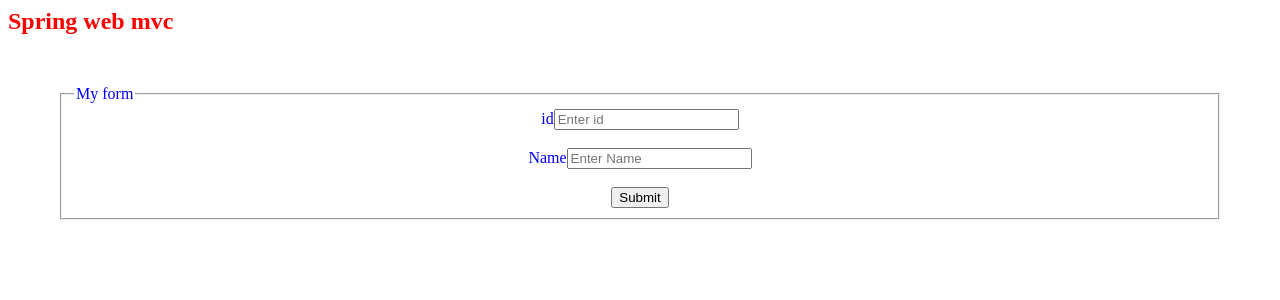
Repository: NaveenPriya1/Sts-full-new-laptop
Page: http://localhost/springwebmvc/
The author's editor kept a copy of each file at every save. The page is drawn from the files as they stood at one save, then again after the next save.
The browser window is 1280 px wide. The pictures show the whole page.
The page is served by Tomcat 9. Other server files are loaded and not shown.

Above is the page before, as saved 2022-07-28 13:58:15.

### springwebmvc/src/main/webapp/index.jsp
<html>
<body>
<h2 style=color:red>Spring web mvc</h2>

<div style=color:blue;margin:50px>
<form action="first">
<fieldset style=margin-lef:50px>
<legend >My form</legend>
<div style=text-align:center>
id<input type="text" name="id" placeholder="Enter id"><br><br>
Name<input type="text" name="name" placeholder="Enter Name"><br><br>
<input type="submit">
</div>

</fieldset>




</form>
</div>
</body>
</html>

After the next save:
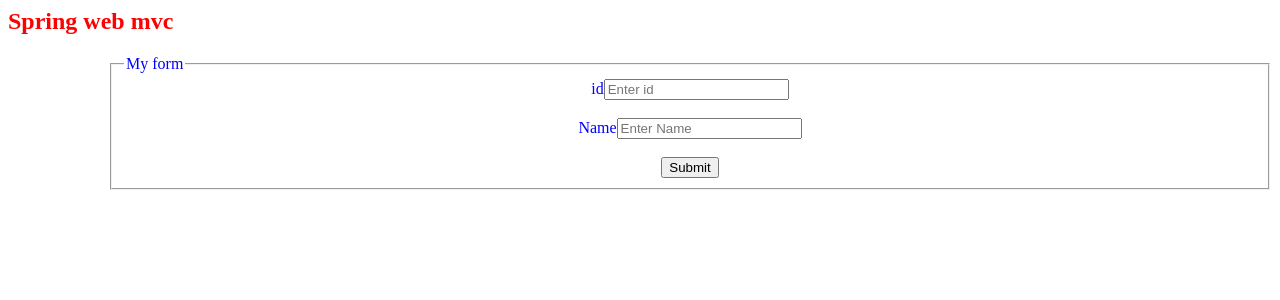
Saved 68 s later.
--- a/springwebmvc/src/main/webapp/index.jsp
+++ b/springwebmvc/src/main/webapp/index.jsp
@@ -2,7 +2,7 @@
 <body>
 <h2 style=color:red>Spring web mvc</h2>
 
-<div style=color:blue;margin:50px>
+<div style=color:blue;margin-left:100px>
 <form action="first">
 <fieldset style=margin-lef:50px>
 <legend >My form</legend>
